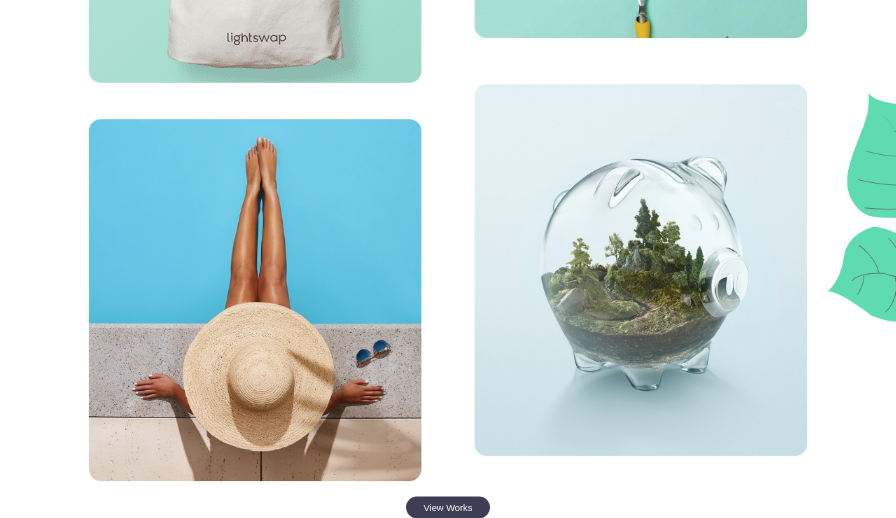
Repository: kebinh1235/porfolio-demo
Page: index.html
An editor plug-in stored every save of this project. The page is shown before and after the next save, followed by the edit.
The browser window is 1280 px wide. The pictures show the part of the page from y = 2486 to 4406 px (the page is 3226 px tall before and 4406 px after), at 70% of full size.
Some web libraries are served in a nearby version.

Above is the page before, as saved 2021-10-20 17:01:48.

After the next save:
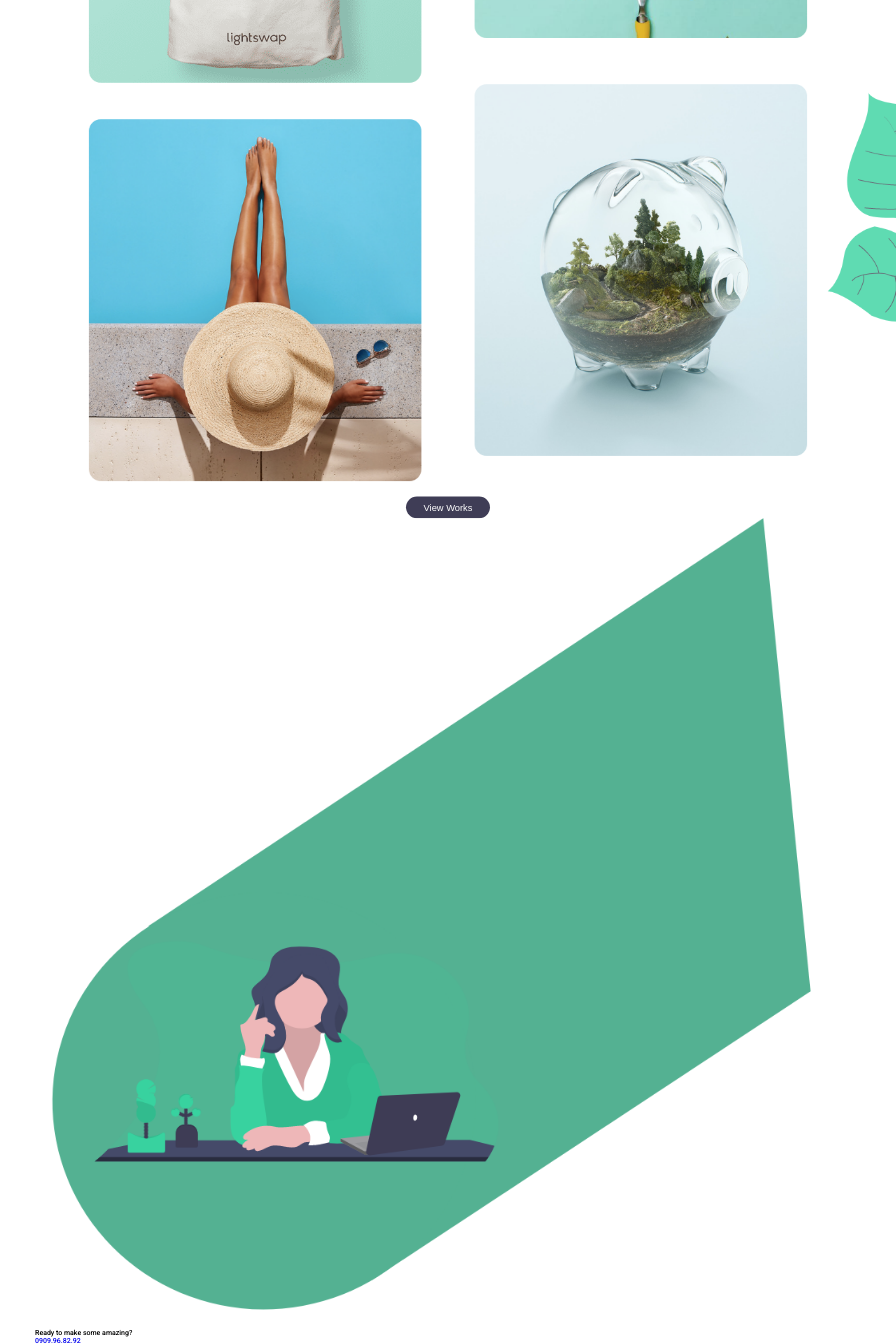
Saved 2 min 57 s later.
--- a/index.html
+++ b/index.html
@@ -129,7 +129,18 @@
   </section>
   <!-- footer -->
   <footer id="footer">
-
+    <div class="container">
+      <div class="footer__img">
+        <img src="./img/footer-img.png" alt="">
+      </div>
+      <div class="footer__heading">
+        <span>Ready to make some amazing?</span>
+        <!-- contact -->
+        <div class="footer__contacts">
+          <a href="tel:0909968292">0909.96.82.92</a>
+        </div>
+      </div>
+    </div>
   </footer>
   <!--Font awesome-->
   <script src="https://kit.fontawesome.com/5d1e581bbe.js" crossorigin="anonymous"></script>
